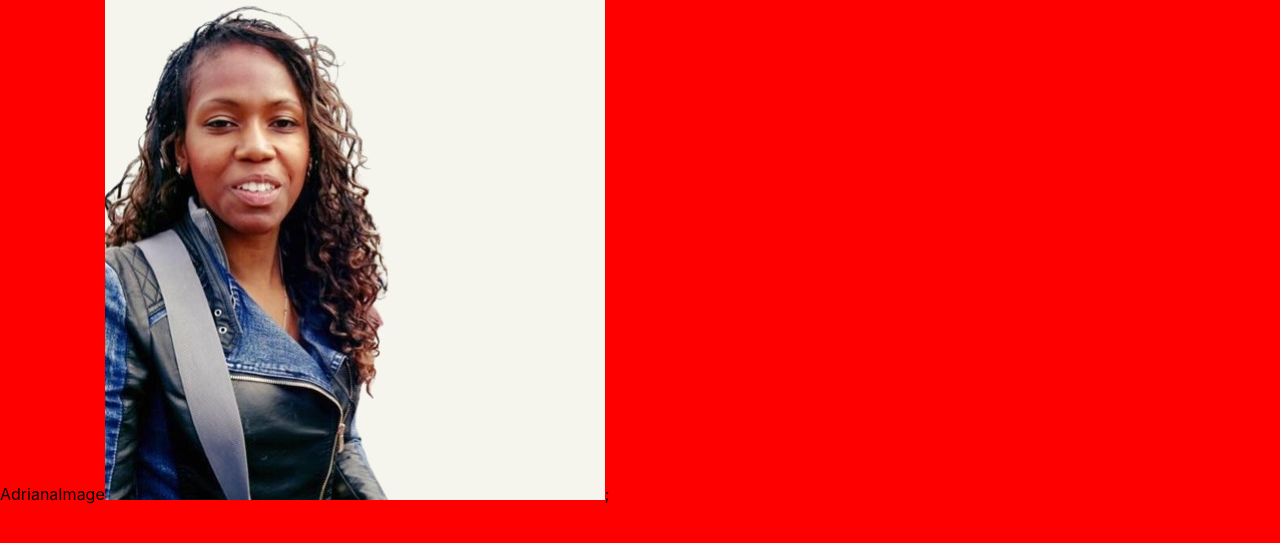
Repository: AdrianaLarsson/apedrozalarsson-frontend
Page: / (app in apedrolars/)
An editor plug-in stored every save of this project. The page is shown before and after a run of saves, followed by the edit.
The browser window is 1280 px wide. The pictures show the whole page.
The project was rebuilt for these pictures with package versions that can differ from the ones it lists, and the page was loaded fresh each time. Also part of the build but not shown: apedrolars/src/App.css.

Above is the page before, as saved 2022-07-11 21:45:19.

After the next 20 saves:
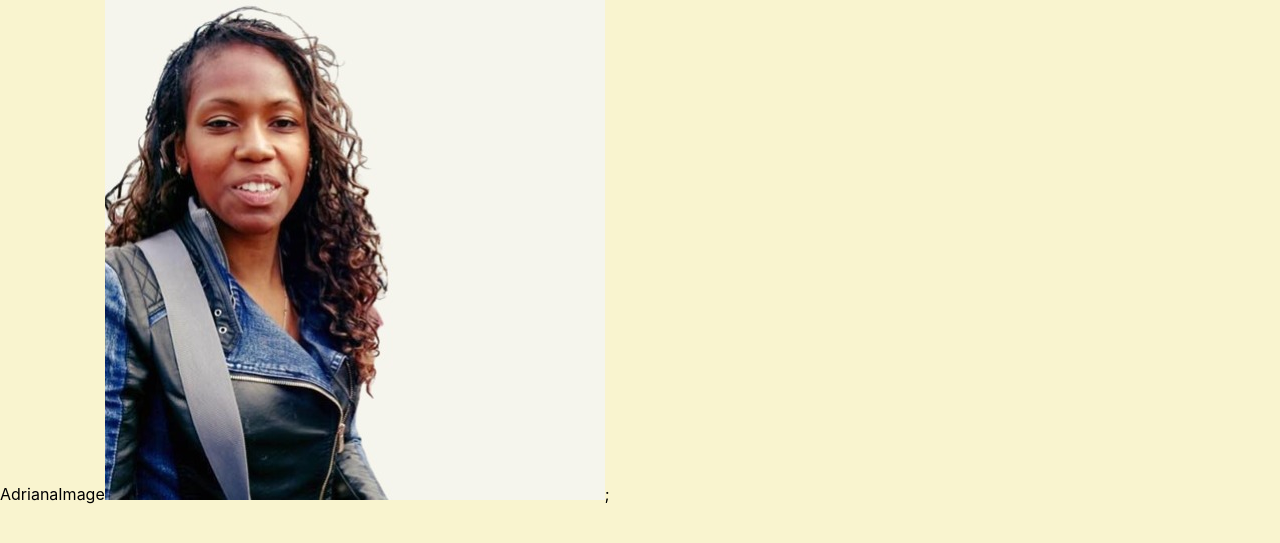
The 20 saves are shown as one change because 2 did not build or start and some came seconds apart.
The last was saved 48 s later.
--- a/apedrolars/src/styles/Globals.ts
+++ b/apedrolars/src/styles/Globals.ts
@@ -1,9 +1,10 @@
 import { createGlobalStyle } from "styled-components";
+import { globalColorTheme } from "./GlobalColor";
 
 export default createGlobalStyle`
     body,
     html {
-        background-color:red ;
+        background-color: ${globalColorTheme.colors.sand} ;
         padding: 0;
         margin: 0;
         font-family: "-apple-system", "BlinkMacSystemFont", "Segoe UI", "Roboto",
